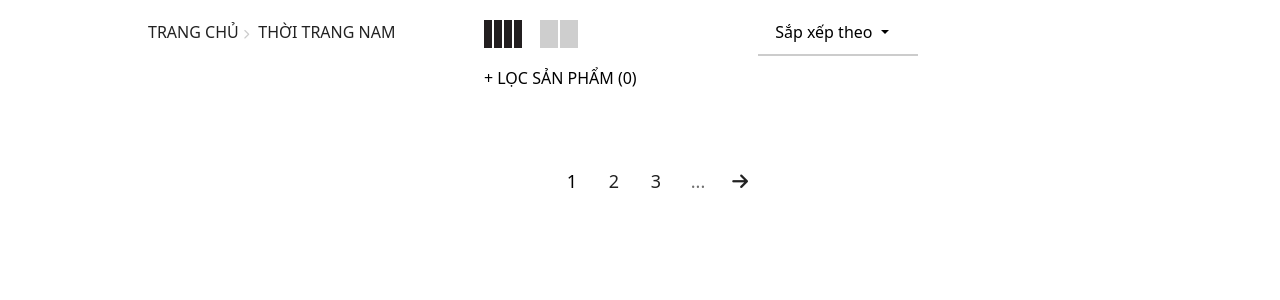
Repository: NguyenQuangQuan021099/FE_Page-Male
Page: index.html
An editor plug-in stored every save of this project. The page is shown before and after the next save, followed by the edit.
The browser window is 1280 px wide. The pictures show the whole page.
The page's requests for data from a server got no answer. Some web libraries are served in a nearby version.

Above is the page before, as saved 2021-07-09 09:17:41.

### index.html
<!DOCTYPE html>
<html lang="en">
<head>
    <meta charset="UTF-8">
    <meta http-equiv="X-UA-Compatible" content="IE=edge">
    <script src="https://kit.fontawesome.com/ce2ff1d6ed.js" crossorigin="anonymous"></script>
    <link href="https://cdn.jsdelivr.net/npm/bootstrap@5.0.1/dist/css/bootstrap.min.css" rel="stylesheet" integrity="sha384-+0n0xVW2eSR5OomGNYDnhzAbDsOXxcvSN1TPprVMTNDbiYZCxYbOOl7+AMvyTG2x" crossorigin="anonymous">
    <script src="https://code.jquery.com/jquery-3.6.0.min.js" integrity="sha256-/xUj+3OJU5yExlq6GSYGSHk7tPXikynS7ogEvDej/m4=" crossorigin="anonymous"></script>
    <meta name="viewport" content="width=device-width, initial-scale=1.0">
    <link rel="stylesheet" href="grid.css">
    <link rel="stylesheet" href="style.css">
    <title>Trang Nam</title>
</head>
<body>
<div class="grid main wide">
<!-- -------------------------Begin Nav-------------------------------------------------- -->
<div class="category__product__action row ">
    <div class="breadcrumbs col l-4">
        <a href="" title="Đi đến trang chủ">TRANG CHỦ</a>
        <i style="color: #ccc; font-size: 10px; margin-right: 5px; padding-bottom: 2px;" class="fas fa-chevron-right"></i>
        <span style="color: #222">THỜI TRANG NAM</span>
    </div>
    <div class="sub__category__product__action col l-8">
      <div class="nav-2 row ">
        <div class="toolbar__product col l-4 ">
          <a href="#" class="active" title="Lưới" ></a>
          <a href="./Danh sách/page1.html" class="disable" title="Danh sách" ></a>
        </div>
        <!-- --------------begin dropdown ------------------>
        <div class="dropdown col l-4">
          <button class="btn btn-secondary dropdown-toggle" type="button" id="dropdownMenuButton1" data-bs-toggle="dropdown" aria-expanded="false">
            Sắp xếp theo
          </button>
          <ul class="dropdown-menu sorter" aria-labelledby="dropdownMenuButton1" .>
            <li><a class="dropdown-item" href="#">Thứ tự chữ cái A-Z</a></li>
            <li><a class="dropdown-item" href="#">Thứ tự chữ cái Z-A</a></li>
            <li><a class="dropdown-item" href="#">Giá tăng dần</a></li>
            <li><a class="dropdown-item" href="#">Giá giảm dần</a></li>
            <li><a class="dropdown-item" href="#">Sản phẩm mới nhất</a></li>
          </ul>
        </div>
      <!-- -------------------end dropdown ---------------->

    <!-------------------- begin filter---------------- -->
  <div class="filter__toggle col l-4">
    <div class="list-group">
      <button class="list-group-item list-group-item-action actived-list" aria-current="true" >
        + LỌC SẢN PHẨM (0)
      </button>
      <div class="list-select">
        <div class="list-group-item list-group-item-action reset-close">
          <button class="reset">ĐẶT LẠI</button>
          <button class="close">ĐÓNG</button>
        </div>
        <div class="filter-option-list">
          <div class="filter-option">
            <button class="list-group-item list-group-item-action btn__item actived">NHÓM
              <div class="icon">
                <i class="fas fa-plus icon-1"></i>
                <i class="fas fa-minus icon-2"></i>
              </div>
            </button>
            <div class="item__male">
              <ul class="items">
                <li class="item"> <a href="">ÁO NAM</a></li>
                <li class="item"> <a href="">QUẦN NAM</a></li>
                <li class="item"> <a href="">GIÀY DÉP NAM</a></li>
                <li class="item"> <a href="">PHỤ KIỆN THỜI TRANG NAM</a></li>
              </ul>
            </div>
          </div>

        <div class="filter-option">
          <button class="list-group-item list-group-item-action btn__item actived">KÍCH CỠ
            <div class="icon">
              <i class="fas fa-plus icon-1"></i>
              <i class="fas fa-minus icon-2"></i>
            </div>
          </button>
          <div class="item__male">
            <ul class="items items-size">

            </ul>
          </div>
        </div>
        <div class="filter-option">
          <button class="list-group-item list-group-item-action btn__item">MÀU TRANG PHỤC</button>
        </div>
        <div class="filter-option">
        <button class="list-group-item list-group-item-action btn__item">GÍA TIỀN</button>
        </div>
        </div>
      </div>
    </div>
  </div>
  </div>
<!-- -------------------End filter--------------------- -->
</div>
</div>

<!-- --------------------End Nav----------------------- -->

<!-------------------Begin product--------------------- -->
<div class="product">
        <ol id="product-list-items" class="row">

        </ol>
</div>
<!-------------------End product--------------------- -->

<!-- -------------Begin pagination --------------------->
<div class="pagination ">
  <ul class="list__pag ">
    <li class="item__current"><a href="#">1</a></li>
        <li class="item"><a href="#">2</a></li>
        <li class="item"><a href="#">3</a></li>
        <li class="item"><span>...</span></li>
        <li class="item__next"><a href="#" title="Tiếp theo"><i class="fas fa-arrow-right"></i></a></li>
  </ul>
</div>
<!-- -------------End pagination ---------------------->
</div>
    <script src="./app.js"></script>
    <script src="https://cdn.jsdelivr.net/npm/@popperjs/core@2.9.2/dist/umd/popper.min.js" integrity="sha384-IQsoLXl5PILFhosVNubq5LC7Qb9DXgDA9i+tQ8Zj3iwWAwPtgFTxbJ8NT4GN1R8p" crossorigin="anonymous"></script>
    <script src="https://cdn.jsdelivr.net/npm/bootstrap@5.0.1/dist/js/bootstrap.min.js" integrity="sha384-Atwg2Pkwv9vp0ygtn1JAojH0nYbwNJLPhwyoVbhoPwBhjQPR5VtM2+xf0Uwh9KtT" crossorigin="anonymous"></script>
</body>
</html>

### grid.css
.grid{
    width: 100%;
    display: block;
    padding: 0;
}

.grid.wide{
    max-width: 1200px;
    margin: 0 auto;
}

.row{
    display: flex;
    flex-wrap: wrap;
    margin-left: -4px;
    margin-right: -4px;
}

.row.no-gutters{
    margin-left: 0;
    margin-right: 0;
}

.col{
    padding-left: 4px;
    padding-right: 4px;
}

.row.no-gutters .col{
    margin-left: 0;
    margin-right: 0;
}
/* c - làm cho mobile */
.c-0{
    display: none;
}

.c-1{
    flex: 0 0 8.33333%;
    max-width: 8.33333%;
}

.c-2{
    flex: 0 0 16.66667%;
    max-width: 16.666667%;
}

.c-3{
    flex: 0 0 25%;
    max-width: 25%;
}

.c-4{
    flex: 0 0 33.33333%;
    max-width: 33.33333% ;
}

.c-5{
    flex: 0 0 41.66667%;
    max-width: 41.66667% ;
}

.c-6{
    flex: 0 0 50%;
    max-width: 50% ;
}

.c-7{
    flex: 0 0 58.33333%;
    max-width: 58.33333% ;
}

.c-8{
    flex: 0 0 66.66667%;
    max-width: 66.66667% ;
}

.c-9{
    flex: 0 0 75%;
    max-width: 75% ;
}

.c-10{
    flex: 0 0 83.33333%;
    max-width: 83.33333% ;
}

.c-11{
    flex: 0 0 91.66667%;
    max-width: 91.66667% ;
}

.c-12{
    flex: 0 0 100%;
    max-width: 100% ;
}

.c-o-1{
    margin-left: 8.33333%;
}

.c-o-2{
    margin-left: 16.666667%;
}

.c-o-3{
    margin-left: 25%;
}

.c-o-4{
    margin-left: 33.33333% ;
}

.c-o-5{
    margin-left: 41.66667% ;
}

.c-o-6{
    margin-left: 50% ;
}

.c-o-7{
    margin-left: 58.33333% ;
}

.c-o-8{
    margin-left: 66.66667% ;
}

.c-o-9{
    margin-left: 75% ;
}

.c-o-10{
    margin-left: 83.33333% ;
}

.c-o-11{
    margin-left: 91.66667% ;
}

/* Tablet ~ PC low resolution */
@media (min-width: 740px) and (max-width: 1023px) {
    .wide{
        width: 644px;
    }

    .col{
        padding-left: 4px;
        padding-right: 4px;
    }
}


/* >= Tablet */
@media (min-width: 740px)  {
   .row{
    margin-left: -8px;
    margin-right: -8px;
   }

   .col{
    padding-left: 4px;
    padding-right: 4px;
    }

    .m-0{
        display: none;
    }

    .m-1,
    .m-2,
    .m-3,
    .m-4,
    .m-5,
    .m-6,
    .m-7,
    .m-8,
    .m-9,
    .m-10,
    .m-11,
    .m-12{
        display: block;
    }

    .m-1{
        flex: 0 0 8.33333%;
        max-width: 8.33333%;
    }

    .m-2{
        flex: 0 0 16.66667%;
        max-width: 16.666667%;
    }

    .m-3{
        flex: 0 0 25%;
        max-width: 25%;
    }

    .m-4{
        flex: 0 0 33.33333%;
        max-width: 33.33333% ;
    }

    .m-5{
        flex: 0 0 41.66667%;
        max-width: 41.66667% ;
    }

    .m-6{
        flex: 0 0 50%;
        max-width: 50% ;
    }

    .m-7{
        flex: 0 0 58.33333%;
        max-width: 58.33333% ;
    }

    .m-8{
        flex: 0 0 66.66667%;
        max-width: 66.66667% ;
    }

    .m-9{
        flex: 0 0 75%;
        max-width: 75% ;
    }

    .m-10{
        flex: 0 0 83.33333%;
        max-width: 83.33333% ;
    }

    .m-11{
        flex: 0 0 91.66667%;
        max-width: 91.66667% ;
    }

    .m-12{
        flex: 0 0 100%;
        max-width: 100% ;
    }

    .m-o-1{
        margin-left: 8.33333%;
    }

    .m-o-2{
        margin-left: 16.666667%;
    }

    .m-o-3{
        margin-left: 25%;
    }

    .m-o-4{
        margin-left: 33.33333% ;
    }

    .m-o-5{
        margin-left: 41.66667% ;
    }

    .m-o-6{
        margin-left: 50% ;
    }

    .m-o-7{
        margin-left: 58.33333% ;
    }

    .m-o-8{
        margin-left: 66.66667% ;
    }

    .m-o-9{
        margin-left: 75% ;
    }

    .m-o-10{
        margin-left: 83.33333% ;
    }

    .m-o-11{
        margin-left: 91.66667% ;
    }



}

/* > PC low resolution */
@media (min-width: 1113px)  {
    .row{
        margin-left: -12px;
        margin-right: -12px;
       }

    .col{
        padding-left: 4px;
        padding-right: 4px;
    }

    .l-0{
        display: none;
    }

    .l-1,
    .l-2,
    .l-3,
    .l-4,
    .l-5,
    .l-6,
    .l-7,
    .l-8,
    .l-9,
    .l-10,
    .l-11,
    .l-12{
        display: block;
    }

    .l-1{
        flex: 0 0 8.33333%;
        max-width: 8.33333%;
    }

    .l-2{
        flex: 0 0 16.66667%;
        max-width: 16.666667%;
    }

    .l-3{
        flex: 0 0 25%;
        max-width: 25%;
    }

    .l-4{
        flex: 0 0 33.33333%;
        max-width: 33.33333% ;
    }

    .l-5{
        flex: 0 0 41.66667%;
        max-width: 41.66667% ;
    }

    .l-6{
        flex: 0 0 50%;
        max-width: 50% ;
    }

    .l-7{
        flex: 0 0 58.33333%;
        max-width: 58.33333% ;
    }

    .l-8{
        flex: 0 0 66.66667%;
        max-width: 66.66667% ;
    }

    .l-9{
        flex: 0 0 75%;
        max-width: 75% ;
    }

    .l-10{
        flex: 0 0 83.33333%;
        max-width: 83.33333% ;
    }

    .l-11{
        flex: 0 0 91.66667%;
        max-width: 91.66667% ;
    }

    .l-12{
        flex: 0 0 100%;
        max-width: 100% ;
    }

    .l-o-1{
        margin-left: 8.33333%;
    }

    .l-o-2{
        margin-left: 16.666667%;
    }

    .l-o-3{
        margin-left: 25%;
    }

    .l-o-4{
        margin-left: 33.33333% ;
    }

    .l-o-5{
        margin-left: 41.66667% ;
    }

    .l-o-6{
        margin-left: 50% ;
    }

    .l-o-7{
        margin-left: 58.33333% ;
    }

    .l-o-8{
        margin-left: 66.66667% ;
    }

    .l-o-9{
        margin-left: 75% ;
    }

    .l-o-10{
        margin-left: 83.33333% ;
    }

    .l-o-11{
        margin-left: 91.66667% ;
    }
}


/* PC low resolution */
@media (min-width: 1024px) and (max-width: 1366px) {
    .wide{
        width: 984px;
    }

    .wide .row{
        margin-left: -12px;
        margin-right: -12px;
    }

    .wide .col{
        padding-left: 12px;
        padding-right: 12px;
    }

    .wide .l-0{
        display: none;
    }

    .wide .l-1,
    .wide .l-2,
    .wide .l-3,
    .wide .l-4,
    .wide .l-5,
    .wide .l-6,
    .wide .l-7,
    .wide .l-8,
    .wide .l-9,
    .wide .l-10,
    .wide .l-11,
    .wide .l-12{
        display: block;
    }

    .wide .l-1{
        flex: 0 0 8.33333%;
        max-width: 8.33333%;
    }

    .wide .l-2{
        flex: 0 0 16.66667%;
        max-width: 16.666667%;
    }

    .wide .l-3{
        flex: 0 0 25%;
        max-width: 25%;
    }

    .wide .l-4{
        flex: 0 0 33.33333%;
        max-width: 33.33333% ;
    }

    .wide .l-5{
        flex: 0 0 41.66667%;
        max-width: 41.66667% ;
    }

    .wide .l-6{
        flex: 0 0 50%;
        max-width: 50% ;
    }

    .wide .l-7{
        flex: 0 0 58.33333%;
        max-width: 58.33333% ;
    }

    .wide .l-8{
        flex: 0 0 66.66667%;
        max-width: 66.66667% ;
    }

    .wide .l-9{
        flex: 0 0 75%;
        max-width: 75% ;
    }

    .wide .l-10{
        flex: 0 0 83.33333%;
        max-width: 83.33333% ;
    }

    .wide .l-11{
        flex: 0 0 91.66667%;
        max-width: 91.66667% ;
    }

    .wide .l-12{
        flex: 0 0 100%;
        max-width: 100% ;
    }

    .wide .l-o-1{
        margin-left: 8.33333%;
    }

    .wide .l-o-2{
        margin-left: 16.666667%;
    }

    .wide .l-o-3{
        margin-left: 25%;
    }

    .wide .l-o-4{
        margin-left: 33.33333% ;
    }

    .wide .l-o-5{
        margin-left: 41.66667% ;
    }

    .wide .l-o-6{
        margin-left: 50% ;
    }

    .wide .l-o-7{
        margin-left: 58.33333% ;
    }

    .wide .l-o-8{
        margin-left: 66.66667% ;
    }

    .wide .l-o-9{
        margin-left: 75% ;
    }

    .wide .l-o-10{
        margin-left: 83.33333% ;
    }

    .wide .l-o-11{
        margin-left: 91.66667% ;
    }


}

### style.css
*{
    margin: 0;
    padding: 0;
    box-sizing: border-box;
}

html{
    font-family: Arial, Helvetica, sans-serif;
}

a, a:hover{
    color: #222;
    text-decoration: none;
}

.category__product__action{
    margin: 10px 0 50px 0;

}

.breadcrumbs {
    margin-top: 10px;
}

.sub__category__product__action{

}


.toolbar__product{
    margin-top: 10px;
    display: flex;
}
.toolbar__product a{
    height: 28px;
    display: inline-block;
    width: 38px;
    background-repeat: no-repeat;
}

.toolbar__product .active{
    background-image: url(./img/grid4active.svg);
    padding-right: 52px;
}

.toolbar__product .disable{
    background-image: url(./img/grid2disable.svg);
}

/* Dropdown css */
.dropdown{
    margin: 0 50px;
}

.btn-secondary {
    width: 160px;
    height: 46px;
    color: black;
    background-color: white;
    border-style: none;
    border-bottom: 2px solid #ccc;
    border-radius: 0px;
    padding: 0 25px 0 13px;
}


.btn-secondary:hover{
    color: black;
    background-color: white;
    border-bottom: 1px solid #ccc;

}

.btn-check:focus+.btn-secondary, .btn-secondary:focus {
    color: black;
    background-color: #fff;
    border-color: rgb(54, 52, 52);
    box-shadow: none;
    outline: none;
}
.sorter .dropdown-item:hover {
    color: white;
    background-color: #1777f2;
}

/* End dropdown */

/*  product items css */
/* filter css */
.list-group .actived-list{
    background-color: #fff;
    border-style: none;
    color:black ;
    padding: 0;
}

.reset-close{
    width: 100%;
    padding: 20px 0 ;
    display: flex;
    justify-content: space-between;
    border-style: none;
    border-bottom: 1px solid black;
    position: relative;

}
.reset-close button{
    font-size: 18px;
    margin: 0 30px;
    border-style: none;
    background-color: #fff;
}


/* begin filter */
.filter__toggle{
    margin-top: 10px;
}

.list-select{
    width: 25.8%;
    height: 100%;
    position: fixed;
    display: none;
    top: 0;
    right: 0;
    z-index: 2;
    background-color: #fff;
    border-left: 1px solid black;
    animation: mymove ease-in-out .8s;
}

.list-group-item-action:hover{
    background-color: #fff;
}

.list-select button{
   font-size: 18px;
}

.btn__item{
    padding-left: 30px;
    display: flex;
    justify-content: space-between;
}

.list-group .item__male ul li{
    list-style: none;
    padding-top: 8px;
}

.filter-option-list{
    height: 95vh;
    overflow-y: scroll;
}

.filter-option{
    border-bottom: 1px solid black;
}

.filter-option button .icon{
   display: inline-block;

}

.filter-option button .icon .icon-1{
    display: none;
}


@keyframes mymove{
    0%{
        right: -100%;
    }

    100%{
        right: 0;
    }
}

/* end filter css */
/* product items css */
.product{
     max-width: 100%;
     padding-left: 12px;
}

.product ol{
    display: flex;
    flex-wrap: wrap;
    padding-left: 0;
}

.product #product-list-items .product-items{
    width: 25%;
    list-style: none;
    margin-bottom: 30px;
}

li .renderItems  a img{
    width: 100%;
    object-fit: cover;
    padding: 3px;
}

li .renderItems  .sub__div{
    padding-top: 16px;
}

li .renderItems .sub__div .title{
    color: #222;
    font-weight: 500;
    text-transform: uppercase;
    font-size: 12px;
    text-decoration: none;
}

li .renderItems .sub__div .price{
    opacity: 0.7;
    font-size: 16px;
    font-family: Roboto;
}

li .renderItems .sub__div a{
    position: relative;
    display: inline-block;
}

li .renderItems .sub__div .img__mini{
    width: 22px;
    height: 22px;
}

li .renderItems .sub__div a img{
    width: 100%;
    object-fit: none;
}

li .renderItems .sub__div a img:hover{
    border: 1px solid black;
}

li .renderItems .sub__div a .sub__content{
    position: absolute;
    padding: 10px 30px;
    border: 1px solid black;
    border-radius: 5px;
    background-color: #fff;
    top: -50px;
    display: none;
}

li .renderItems .sub__div a:hover .sub__content{
    display: block;
}

/* End product items */

/* Begin pagination */
.pagination{
    display: block;
}

.pagination ul{
    display: flex;
    justify-content: center;
}
.pagination ul li{
    list-style: none;
    width: 30px;
    height: 30px;
    font-size: 18px;
    color: #707070;
    margin: 12px 6px;
    text-align: center;
}

.pagination ul .item__current a{
    color: black;
}

.pagination ul li:hover a{
    background-color: #ccc;
    border-radius: 2px;
    padding: 6px 12px;
}

/* End paginaton */

/* Responsive */


@media (max-width: 1023px) {

    .toolbar__product{
        display: none;
    }

}

@media (min-width: 1024px) and (max-width: 1366px){
    .category__product__action{
        position: relative;
    }

    .sub__category__product__action{

    }


}

### app.js
let itemAPI = "http://localhost:3000/items";
let sizeAPI = "http://localhost:3000/listSize";

function start() {
    getItem(renderItems);
    getSize(renderListSize);
}
start();

// lay ra item
function getItem(callback) {
    fetch(itemAPI)
    .then(function(response){
        return response.json();
    })
    .then(callback);
}

//render item
function renderItems(items){
    let listItemsBlock = document.querySelector("#product-list-items");
    let htmls = items.map(function(item){
        return `
        <li class="product-items col m-6 c-6 l-3">
            <div class="renderItems">
                <a href=""><img src="${item.image}" alt="" srcset=""></a>

                <div class="sub__div">

                    <a href="#" class="title"> ${item.title} </a> <br>

                    <span class="price">${item.price}</span> <br>

                        <a class="img__mini" href="#"> <img src="${item.miniimg}">
                            <div class="sub__content">
                                ${item.contentmini1}
                            </div>
                        </a>
                </div>
            </div>
        </li>
        `;
    });
    listItemsBlock.innerHTML = htmls.join('');
}

// render list size clothing
function getSize(callback) {
    fetch(sizeAPI)
    .then(function(response){
        return response.json();
    })
    .then(callback);
}

function renderListSize(listSize){
    let listSizeBlock = document.querySelector(".items-size");
    console.log(listSizeBlock);
    let htmls = listSize.map(function(size){
        return `
            <li class="item"> <a href=""> ${size.sizeClothing}</a></li>
        `;
    });
    listSizeBlock.innerHTML = htmls.join('');
    console.log(htmls);
}


// $('.show-hide').on("click", function(e){
//     $(this).find('.hide').css("display", "none");
//     $(this).find('.show').css("display", "block");
//     e.preventDefault();
// })


// filter actived
$('.actived-list, .close').on("click", function(){
    $(this).parent('.list-group').find('.list-select').toggle();
    $(this).parents('.list-select').toggle();

})

$('.actived, .not-actived').on("click", function(){
    $(this).find('.icon-1').toggle();
    $(this).find('.icon-2').toggle();
    $(this).parent('.filter-option').find('.item__male').toggle();
        if ($(this).hasClass('actived')) {
            $(this).removeClass('actived').addClass('not-actived');
        } else {
                $(this).removeClass('not-actived').addClass('actived');
        }
})


$('.reset').on("click", function(){
   $(this).parents('.list-select').find('.item__male').show();
   $(this).parents('.list-select').find('.icon-1').hide();
   $(this).parents('.list-select').find('.icon-2').show();
})

After the next save:
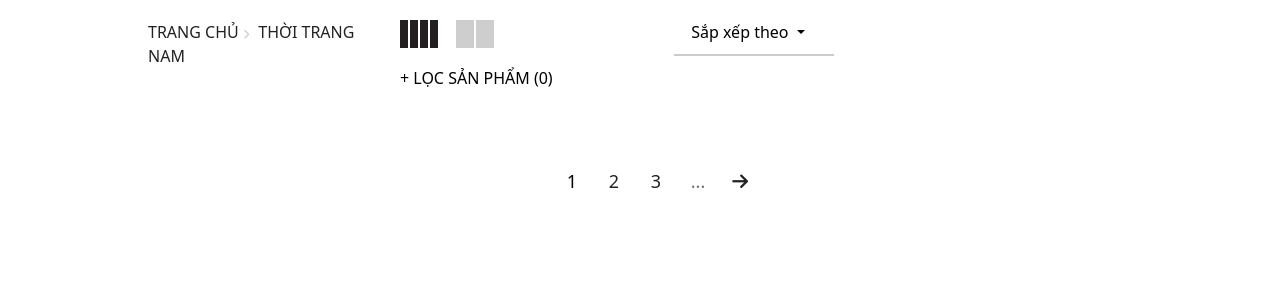
Saved 11 s later.
--- a/index.html
+++ b/index.html
@@ -15,7 +15,7 @@
 <div class="grid main wide">
 <!-- -------------------------Begin Nav-------------------------------------------------- -->
 <div class="category__product__action row ">
-    <div class="breadcrumbs col l-4">
+    <div class="breadcrumbs col l-3">
         <a href="" title="Đi đến trang chủ">TRANG CHỦ</a>
         <i style="color: #ccc; font-size: 10px; margin-right: 5px; padding-bottom: 2px;" class="fas fa-chevron-right"></i>
         <span style="color: #222">THỜI TRANG NAM</span>
